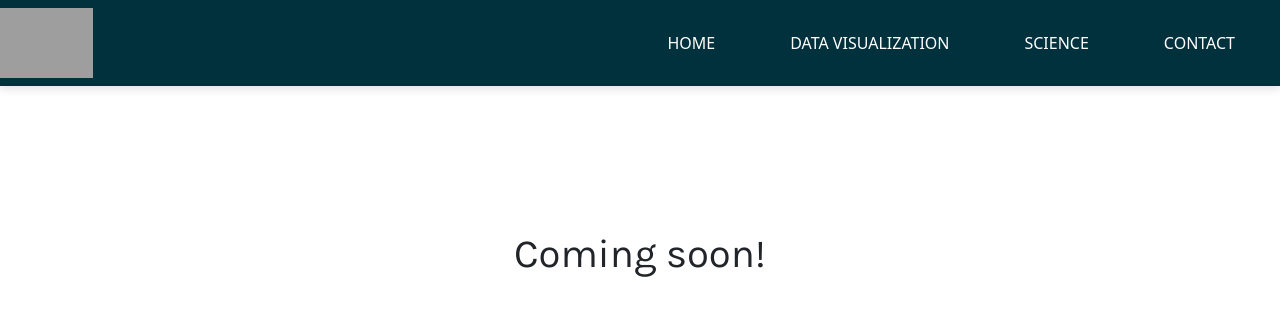
Repository: chukriisty/smartsoils-testbed
Page: /science
An editor plug-in stored every save of this project. The page is shown before and after the next save, followed by the edit.
The browser window is 1280 px wide. The pictures show the whole page.
Pictures or frames that could not be fetched are drawn as grey boxes. Some web fonts or font styles are not loaded; a fallback is used. The project was rebuilt for these pictures with package versions that can differ from the ones it lists, and the page was loaded fresh each time. Also part of the build but not shown: src/pages/HomePage.js, src/components/VisualizationPanel.js, src/pages/DataVisualizationPage.js, src/pages/SciencePage.css, src/pages/PhenocamPage.js, src/pages/ERT.js, src/components/3DSensorLayout.css, src/components/3DSensorLayout.js and 9 more.

Above is the page before, as saved 2024-09-26 18:20:33.

### public/index.html
<!DOCTYPE html>
<html lang="en">
  <head>
    <meta charset="utf-8" />

    <link rel="icon" href="https://smartsoils-testbed.s3.amazonaws.com/assets/thumbnail.png" type="image/png" />
    <meta name="viewport" content="width=device-width, initial-scale=1" />
    <meta name="theme-color" content="#000000" />
    <link rel="manifest" href="%PUBLIC_URL%/manifest.json" />
    <link href="https://fonts.googleapis.com/css2?family=Poppins:wght@400;700&display=swap" rel="stylesheet">
    <!-- In your public/index.html file -->
    <link href="https://fonts.googleapis.com/css2?family=Roboto:wght@400;700&display=swap" rel="stylesheet">
    <link href="https://fonts.googleapis.com/css2?family=Karla:wght@400;700&display=swap" rel="stylesheet">
    <link href="https://fonts.googleapis.com/css2?family=Astra&display=swap" rel="stylesheet">

    <title>SmartSOILS Testbed</title>
  </head>
  <body>
    <noscript>You need to enable JavaScript to run this app.</noscript>
    <div id="root"></div>
  </body>
</html>

### src/pages/SciencePage.js
import React from 'react';
import './SciencePage.css';

const SciencePage = () => {
  return (
    <div className="main-content"> {/* Apply the main-content class here */}
    <br></br>
    <br></br>
    <br></br>
    <br>
    </br>
    <br></br>
    <br></br>
      <h1>Coming soon!</h1>
      <br />

    </div>
  );
};

export default SciencePage;

### src/App.css
.App {
  text-align: center;
}

body {
  font-family: 'Montserrat', sans-serif;
  background-color: #f5f5f5;
  color: #63666A;
  margin: 0;
  padding: 0;
}

.main-content {
  padding-top: 0px; /* Adjust this value based on your navbar height */
}

### src/components/Navbar.css
/* Navbar.css */

/* Updated Navbar with Fixed Position */
/* Navbar.css */

.navbar {
  position: fixed; /* Stick the navbar to the top of the viewport */
  top: 0;
  width: 100%;
  background-color: #00313C;
  padding: 20px 40px;
  z-index: 1000; /* High z-index to ensure it stays on top of other content */
  display: flex;
  justify-content: space-between;
  align-items: center;
  box-shadow: 0 4px 8px rgba(0, 0, 0, 0.1);
}


/* Additional styles for navbar links, logo, etc. */
.navbar-logo img {
  height: 70px; /* Adjust the logo size */
  width: auto; /* Maintain aspect ratio */
}

.navbar-links {
  list-style: none;
  display: flex;
  gap: 35px; /* Space between links */
  margin: 0;
  padding: 0;
  margin-right: 25px;
}

/* .navbar-links li {
  font-weight: bold;
} */

.navbar-links a {
  color: #ffffff; /* Text color */
  text-decoration: none;
  font-weight: 400;
  background-color: transparent; /* Transparent background */
  padding: 10px 20px; /* Padding for spacing */
  transition: color 0.3s ease;
}

.navbar-links a:hover {
  color: #74AA50; /* Green color on hover */
}

.navbar-links a:focus {
  background-color: transparent; /* Remove focus background color */
  outline: none; /* Remove the default outline */
}

/* Adjust the main content's top padding to avoid being hidden under the navbar */
.main-content {
  padding-top: 80px; /* Adjust based on navbar height */
}

### src/pages/HomePage.css
/* Main wrapper for content */
.main-content {
  display: flex;
  flex-direction: column;
  font-family: "Karla", sans-serif;
}

/* Slideshow Section */
.slideshow-section0 {
  position: relative;
  width: 100%;
  height: 80vh;
  overflow: hidden;
  background-attachment: fixed;
  background-position: center;
  background-repeat: no-repeat;
  background-size: cover;
}

.slideshow-logo0 {
  position: absolute;
  top: 90px;
  left: -400px;
  width: 400px;
  padding: 10px;
  background-color: rgba(255, 255, 255, 0.8);
  z-index: 10;
  animation: slideInLogo 1.5s forwards ease-in;
}

@keyframes slideInLogo {
  from {
    left: -400px;
  }
  to {
    left: 0px;
  }
}

.slideshow {
  display: flex;
  width: 100%;
  height: 100%;
  position: relative;
}

.slideshow-arrow {
  position: absolute;
  top: 50%;
  transform: translateY(-50%);
  background-color: rgba(0, 0, 0, 0.5);
  color: white;
  border: none;
  padding: 10px;
  cursor: pointer;
  z-index: 10;
}

.left-arrow {
  left: 10px;
}

.right-arrow {
  right: 10px;
}

/* Fade-in animation for all sections */
@keyframes fadeIn {
  from {
    opacity: 0;
    transform: translateY(30px);
  }
  to {
    opacity: 1;
    transform: translateY(0);
  }
}

/* What is SMART Soils Section */
.smartsoils-overview {
  padding: 50px 0;
  background-color: #f8f7f7;
  text-align: center;
  min-height: 30vh;
}

.what-is-hidden {
  opacity: 0;
  visibility: hidden;
  transition: opacity 1s ease-out, transform 1s ease-out, visibility 0s 1s;
}

.what-is-visible {
  opacity: 1;
  visibility: visible;
  transform: translateY(0);
  transition: opacity 1s ease-out, transform 1s ease-out;
}

.smartsoils-title {
  font-size: 2.8rem;
  font-weight: 700;
  color: #00313c;
  margin-bottom: 30px;
  position: relative;
  display: inline-block;
}

.smartsoils-title::before,
.smartsoils-title::after {
  content: '';
  width: 50px;
  height: 5px;
  background-color: #FF6D00;
  position: absolute;
  top: 50%;
  transform: translateY(-50%);
}

.smartsoils-title::before {
  left: -60px;
}

.smartsoils-title::after {
  right: -60px;
}

.smartsoils-definition {
  max-width: 1200px;
  margin: 0 auto;
  text-align: center;
  padding: 20px;
  font-size: 1.1rem;
  font-weight: 300;
  color: #63666A;
}

.arrow-container {
  text-align: center;
  margin: 20px 0;
}

.down-arrow {
  width: 80px;
  height: auto;
}

.smartsoils-image-container {
  display: flex;
  justify-content: center;
  margin-bottom: 40px;
}

.smartsoils-image {
  width: 300px;
  height: auto;
}

/* Smartsoils Panels with Hover Effect */
.smartsoils-panel-container {
  max-width: 1200px; /* Adjust this value as needed */
  margin: 0 auto; /* Center the container */
  padding: 0 20px; /* Add padding for responsiveness */
}

.smartsoils-panels {
  display: grid;
  grid-template-columns: repeat(2, 1fr);
  grid-template-rows: repeat(2, auto);
  gap: 30px;
  margin: 0 auto;
  max-width: 1000px;
  text-align: left;
}

.smartsoils-panel {
  background-color: white;
  padding: 20px;
  border-radius: 15px;
  text-align: left;
  box-shadow: 0 4px 10px rgba(0, 0, 0, 0.1);
  transition: transform 0.3s ease, box-shadow 0.3s ease;
  opacity: 0;
  animation: fadeInPanel 1s ease-in forwards;
  animation-delay: 0.3s;
}

.smartsoils-panel:hover {
  transform: translateY(-10px);
  box-shadow: 0 10px 30px rgba(0, 0, 0, 0.2);
}

@keyframes fadeInPanel {
  from {
    opacity: 0;
    transform: translateY(20px);
  }
  to {
    opacity: 1;
    transform: translateY(0);
  }
}

.smartsoils-panel h3,
.smartsoils-panel p {
  text-align: left !important; /* Ensure all text is aligned to the left */
}

.smartsoils-panel h3 {
  color: #FF6D00;
  transition: color 0.3s ease;
}

.smartsoils-panel:hover h3 {
  color: #00313c;
}

.smartsoils-panel h3::after {
  content: ' →';
  opacity: 0;
  transition: opacity 0.3s ease-in-out;
}

.smartsoils-panel:hover h3::after {
  opacity: 1;
}

.why-smartsoils {
  padding: 30px 0;
  background-color: #e0f7fa;
  text-align: left;
  min-height: 70vh;
}

.why-title {
  font-size: 2.2rem;
  font-weight: 600;
  color: #2d2d2d;
  margin-bottom: 15px;
  letter-spacing: 0.05rem;
  padding-left: 30px;
  display: inline-block;
  background-color: rgba(50, 50, 50, 0.05);
  padding: 10px 20px;
  border-radius: 8px;
  border-left: 6px solid #FF6D00;
  box-shadow: none;
}

.why-hidden {
  opacity: 0;
  visibility: hidden;
  transform: translateY(30px);
  transition: opacity 1s ease-out, transform 1s ease-out, visibility 0s 1s;
}

.why-visible {
  opacity: 1;
  visibility: visible;
  transform: translateY(0);
  transition: opacity 1s ease-out, transform 1s ease-out;
}

/* Ensure panel links are styled as block elements and remove underline */
.panel-link {
  display: block;
  text-decoration: none; /* Remove underline */
  color: inherit; /* Ensure text color matches parent */
  transition: transform 0.3s ease, box-shadow 0.3s ease;
}

/* Hover effect for the entire panel */
.panel-link:hover .smartsoils-panel {
  transform: translateY(-10px);
  box-shadow: 0 10px 30px rgba(0, 0, 0, 0.2);
}

/* Ensure h3 hover effects remain within the panel hover */
.panel-link:hover h3 {
  color: #00313c; /* Same hover color */
}


/* Vision Section */
.vision {
  width: 100%;
  padding-top: 65px;
  padding-bottom: 65px;
  text-align: center;
  background-color: #ffffff;
  min-height: 25vh;
}

.vision-hidden {
  opacity: 0;
  visibility: hidden;
  transform: translateY(30px);
  transition: opacity 1s ease-out, transform 1s ease-out, visibility 0s 1s;
}

.vision-visible {
  opacity: 1;
  visibility: visible;
  transform: translateY(0);
  transition: opacity 1s ease-out, transform 1s ease-out;
}

.vision-title {
  font-size: 1.5rem;
  color: #FF6D00;
  font-weight: 500;
  letter-spacing: 0.05rem;
  margin-bottom: 10px;
  text-transform: uppercase;
}

.vision-text {
  font-size: 1.3rem;
  font-weight: 300;
  color: #63666A;
  max-width: 900px;
  margin: 0 auto;
  line-height: 1.8;
}

/* Main section styling */
.data-exploration {
  padding: 50px 30px;
  background: linear-gradient(135deg, #ffffff 0%, #f5f5f5 100%);
  text-align: left;
  border-radius: 15px;
  box-shadow: 0 6px 20px rgba(0, 0, 0, 0.1);
  margin-top: 40px;
  animation: fadeInSection 1s ease-in;
}

/* Adjust container width and space */
.data-container {
  display: flex;
  justify-content: space-between;
  align-items: flex-start;
  max-width: 1100px;
  margin: 0 auto;
}

/* Title size reduction */
.data-title {
  font-size: 2.4rem;
  font-weight: bold;
  color: #00313c;
  margin-bottom: 25px;
  text-shadow: 1px 1px 5px rgba(0, 0, 0, 0.1);
}

.data-description {
  font-size: 1.1rem;
  color: #63666A;
  max-width: 850px;
  margin-bottom: 30px;
  line-height: 1.5;
}

/* List styling with checkmarks */
.data-list {
  font-size: 1.2rem;
  color: #00313c;
  text-align: left;
  max-width: 750px;
  margin-bottom: 50px;
  list-style-type: none;
}

.data-list li {
  position: relative;
  padding-left: 30px;
  margin-bottom: 15px;
}

/* Custom orange checkmark before each list item */
.data-list li::before {
  content: '\2713';  /* Unicode for checkmark */
  position: absolute;
  left: 0;
  top: 0;
  font-size: 20px;
  color: #FF6D00;  /* Orange color for the checkmark */
  font-weight: bold;
  transition: transform 0.3s ease;
}

/* Orange-highlighted keywords */
.data-list strong {
  color: #FF6D00;  /* Orange color for the important text */
}

/* Hover effect for list items */
.data-list li:hover {
  transform: translateX(5px);  /* Slight movement on hover */
}

/* Vibrant call to action button */
.explore-link {
  padding: 12px 28px;
  background-color: #FF6D00;
  color: white;
  text-transform: uppercase;
  font-weight: bold;
  margin-top: 25px;
  text-decoration: none;
  border-radius: 8px;
  transition: background-color 0.3s ease, transform 0.3s ease;
}

.explore-link:hover {
  background-color: #e65a00;
  transform: translateY(-3px);
}

/* Reduce image size */
.data-image {
  width: 38%;
  display: flex;
  justify-content: center;
  margin-left: 50px;
}

.data-3d-image {
  width: 90%;
  height: auto;
  border-radius: 15px;
  margin-left: 50px;
  box-shadow: 0 4px 15px rgba(0, 0, 0, 0.1);
}

/* Responsive Design for Mobile */
@media (max-width: 768px) {
  .data-container {
    flex-direction: column;
  }

  .data-text, .data-image {
    width: 100%;
    padding: 0;
    text-align: center;
  }

  .data-3d-image {
    margin-top: 20px;
  }
}

### src/pages/DataVisualization.css
/* DataVisualization.css */

body {
  font-family: 'Karla', sans-serif; /* Update the global font to Karla */
  padding-top: 80px;
}

.data-title {
  font-size: 35px; /* Larger font size for the title */
  color: #000; /* White color for the text to stand out on the overlay */
  text-align: center; /* Center-align the title */
  margin-top: 30px;
  margin-bottom: 10px; /* Add some space below the title */
  font-weight: 700; /* Make the title bold */
  position: relative; /* Position relative to create a context for the overlay */
  display: inline-block; /* Shrink-wrap the content */
  padding: 15px 34px; /* Add padding around the text for better spacing */
}

.intro-text {
  font-size: 16px; /* Reduce the font size */
  color: #63666a; /* Subtle grey color */
  text-align: center; /* Center the text */
  max-width: 800px; /* Limit the width */
  margin: 0 auto 10px auto; /* Center and add space below */
}

### src/pages/PhenocamPage.css
/* PhenocamPage.css */

/* Keyframes for sliding in from the left */
@keyframes slideInFromLeft {
  from {
    opacity: 0;
    transform: translateX(-50px);
  }
  to {
    opacity: 1;
    transform: translateX(0);
  }
}

/* Keyframes for fade-in animation */
@keyframes fadeIn {
  from {
    opacity: 0;
    transform: translateY(20px); /* Slight upward shift */
  }
  to {
    opacity: 1;
    transform: translateY(0); /* End in place */
  }
}

/* Main page styles */
body, .phenocam-page {
  font-family: 'Karla', sans-serif;
}

.phenocam-page {
  display: flex;
  justify-content: space-between;
  padding: 20px;
  position: relative;
}

/* Description box slides in from the left */
.description-box {
  width: 30%; /* Adjust width as needed */
  background-color: #ffffff;
  padding: 20px;
  border-radius: 8px;
  box-shadow: 0 4px 8px rgba(0, 0, 0, 0.1);
  color: #000000; /* Black text for clear readability */
  margin-top: 80px; /* Increased top margin to avoid overlap with the back arrow */
  border: 2px solid #4b6043; /* Add a border to make it pop */
  margin-right: 10px; /* Reduced margin to bring it closer to the timelapse */
  margin-left:100px;
  animation: slideInFromLeft 1s ease-out; /* Slide in effect */
  text-align: left
}

.description-box h2 {
  font-size: 24px;
  margin-bottom: 10px;
}

.custom-line {
  width: 100%;
  height: 2px;
  background-color: #000000; /* Dark grey color for the line */
  border: none;
  margin: 10px 0 20px 0; /* Adjust the margin to position the line */
}

.description-box p {
  font-size: 16px;
  margin-bottom: 20px;
}

.description-box h6 {
  margin-left: 40px;
}

/* Play/Pause button */
.play-pause-button {
  padding: 10px 20px;
  background-color: #8b9a6d;
  color: #fff;
  border: none;
  border-radius: 5px;
  cursor: pointer;
  transition: transform 0.3s ease, background-color 0.3s ease; /* Smooth transition for hover effect */
}

.play-pause-button:hover {
  transform: scale(1.1); /* Slightly increase size on hover */
  background-color: #4b6043; /* Change color on hover */
}

/* Timelapse container with fade-in effect */
.timelapse-container {
  width: 55%; /* Adjust width as needed */
  display: flex;
  flex-direction: column;
  align-items: center;
  justify-content: center;
  position: relative;
  margin-left: 10px; /* Reduced margin to bring it closer to the description box */
  margin-right: 80px;
  animation: fadeIn 1.5s ease-out; /* Fade-in effect */
}

/* Image container */
.image-container {
  width: 100%; /* Adjusted width for a more focused display */
  height: auto; /* Adjust height to better match image dimensions */
  display: flex;
  justify-content: center;
  align-items: center;
  border: 5px solid #8b9a6d; /* A soft, natural green color for the border */
  box-shadow: 0 8px 15px rgba(0, 0, 0, 0.2); /* Softer shadow for a more natural effect */
  border-radius: 10px; /* Rounded corners for a softer, organic feel */
  overflow: hidden; /* Ensure that images don't overflow the container */
  background-color: #f0f8e7; /* Light background color for a fresh, nature-inspired feel */
  position: relative; /* Needed to position the timeline and now viewing text */
}

.image-container img {
  max-width: 100%;
  height: auto; /* Maintain the aspect ratio */
  border-radius: 10px; /* Slightly round the image corners to match the container */
  box-shadow: 0 4px 8px rgba(0, 0, 0, 0.1); /* Add a subtle shadow to the image for depth */
  animation: fadeIn 2s ease-out; /* Fade-in effect for image */
}

/* Now viewing text with animation */
.now-viewing {
  position: absolute;
  bottom: 40px;
  left: 10px;
  background-color: #4b6043; /* Solid color for better visibility */
  color: #ffffff;
  padding: 10px 15px;
  border-radius: 8px;
  font-size: 16px;
  font-weight: bold;
  transition: transform 0.3s ease-in-out, background-color 0.3s ease-in-out; /* Add animation effects */
  animation: fadeIn 2s ease-out; /* Fade-in effect for the now-viewing text */
}

.now-viewing:hover {
  transform: scale(1.1); /* Slightly increase size on hover */
  background-color: #8b9a6d; /* Change background color on hover */
}

/* Logo image styling - maintaining correct size */
.logo-image {
  position: absolute;
  top: 33%; /* Position the logo 1/3 of the way down */
  right: 10px; /* Position the logo near the right edge */
  width: 100px; /* Fixed width for the logo */
  height: auto; /* Maintain aspect ratio */
  background-color: rgba(255, 255, 255, 0.6); /* Semi-transparent white background for the logo */
  padding: 5px; /* Add padding inside the background */
  border-radius: 5px; /* Rounded corners for the logo background */
  z-index: 5; /* Ensure the logo is above the timelapse but below the back arrow */
}

/* Slider styles for the interactive timeline */
.timeline-slider {
  width: 80%;
  margin-top: 20px;
  appearance: none;
  height: 5px;
  background: #8b9a6d;
  outline: none;
  opacity: 0.8;
  transition: opacity 0.2s;
  cursor: pointer;
}

.timeline-slider:hover {
  opacity: 1;
  background: linear-gradient(90deg, #8b9a6d 0%, #4b6043 100%); /* Gradient effect */
}

.timeline-slider::-webkit-slider-thumb {
  appearance: none;
  width: 20px;
  height: 20px;
  background: #4b6043;
  border-radius: 50%;
  cursor: pointer;
  transition: transform 0.2s ease, box-shadow 0.2s ease;
}

.timeline-slider::-moz-range-thumb {
  width: 20px;
  height: 20px;
  background: #4b6043;
  border-radius: 50%;
  cursor: pointer;
  transition: transform 0.2s ease, box-shadow 0.2s ease;
}

.timeline-slider::-webkit-slider-thumb:hover,
.timeline-slider::-moz-range-thumb:hover {
  transform: scale(1.2); /* Scale thumb on hover */
  box-shadow: 0 0 8px rgba(0, 0, 0, 0.2); /* Add shadow on hover */
}

### src/pages/ContactPage.css
.contact-page-container {
  display: flex;
  flex-direction: column;
  align-items: center;
  justify-content: center;
  padding: 40px;
  background-color: #f8f8f8;  /* Light background matching the site */
  color: #1b3a47;  /* Dark greenish text to match */
  font-family: 'Karla', sans-serif;
}

/* Heading Styling */
h1 {
  font-size: 42px;
  color: #00313c;  /* Darker color for main heading */
  margin-bottom: 25px;
  text-align: center;
}

/* Paragraph Styling */
p {
  font-size: 18px;
  color: #3b6f74;  /* Subdued green for regular text */
  text-align: center;
  max-width: 700px;
  line-height: 1.6;
  margin-bottom: 20px;
}

/* Contact Form Section */
.contact-form {
  margin-top: 30px;
  width: 100%;
  max-width: 900px;
}

.airtable-embed {
  width: 80%;
  height: 600px;
  border-radius: 8px;
  border: 1px solid #ccc;
  box-shadow: 0 4px 12px rgba(0, 0, 0, 0.1);  /* Soft shadow */
}

/* Additional contact info below the form */
.additional-contact-info {
  margin-top: 30px;
  font-size: 18px;
  color: #3b6f74;
  text-align: center;
}

/* Email link styling */
.additional-contact-info a {
  color: #f57c00;
  text-decoration: none;
  font-weight: bold;
}

.additional-contact-info a:hover {
  color: #ff8c00;
  text-decoration: underline;
}

/* Social Media Links */
.social-media-container {
  margin-top: 30px;
  text-align: center;
}

.social-media-container a {
  margin: 0 10px;
  color: #00313c;
  font-size: 24px;
  transition: color 0.3s ease;
}

.social-media-container a:hover {
  color: #ff8c00;  /* Orange color on hover */
}

/* Responsive design for smaller screens */
@media (max-width: 768px) {
  .contact-page-container {
    padding: 20px;
  }

  h1 {
    font-size: 32px;
  }

  p {
    font-size: 16px;
  }

  .contact-form {
    max-width: 100%;
  }

  .airtable-embed {
    height: 500px;
  }
}

### src/components/VisualizationPanel.css
/* General styles */
body {
  font-family: 'Karla', sans-serif;
}

/* Condensed Intro section */
.intro-section {
  background-color: #f9f9f9;
  padding: 20px 0; /* Reduce padding */
  margin-bottom: 20px;
  text-align: center;
}

.intro-text {
  font-size: 1rem; /* Reduced font size */
  color: #63666a;
  margin: 5px auto; /* Tighten margins */
  max-width: 600px; /* Limit the width of the intro text */
}

h1.data-title {
  color: #333;
  font-size: 1.8rem; /* Slightly reduce font size */
  margin-bottom: 5px; /* Reduce space between title and text */

}

/* Sensor panel and card styles */
.unique-sensor-panel {
  display: flex;
  flex-wrap: wrap;
  justify-content: center;
  gap: 20px;
  margin-top: 10px; /* Condensed top margin */
}

.unique-sensor-group {
  display: flex;
  flex-wrap: wrap;
  justify-content: center;
  margin-bottom: 20px; /* Space between rows */
}

.unique-sensor-card {
  position: relative;
  width: 270px;
  height: 400px;
  border-radius: 5px;
  overflow: hidden;
  background-color: #ffffff;
  box-shadow: 0 4px 8px rgba(190, 190, 190, 0.2);
  cursor: pointer;
  transition: transform 0.3s ease, box-shadow 0.3s ease;
  margin-left: 30px;
  margin-right: 30px;
}

.unique-sensor-card:hover {
  transform: scale(1.05);
  box-shadow: 0 8px 16px rgba(0, 0, 0, 0.1);
}

.unique-sensor-image-container {
  position: relative;
  width: 100%;
  height: 160px;
  overflow: hidden;
}

.unique-sensor-image {
  width: 100%;
  height: 100%;
  object-fit: cover;
}

.unique-sensor-overlay {
  position: absolute;
  top: 0;
  left: 0;
  width: 100%;
  height: 100%;
  background-color: rgba(0, 0, 0, 0.5);
  opacity: 1;
  transition: opacity 0.3s ease;
}

.unique-sensor-card:hover .unique-sensor-overlay {
  opacity: 0.7;
}

.unique-sensor-title {
  position: absolute;
  top: 50%;
  left: 50%;
  transform: translate(-50%, -50%);
  color: white;
  font-size: 1.2rem;
  font-family: 'Karla', sans-serif;
  font-weight: bold;
  text-align: center;
  text-shadow: 1px 1px 4px rgba(0, 0, 0, 0.7);
}

.unique-sensor-text-overlay {
  padding: 20px;
  display: flex;
  flex-direction: column;
  align-items: center;
  justify-content: space-between;
  text-align: center;
  height: 240px;
}

.unique-sensor-description {
  font-size: 0.95rem;
  color: #63666a;
  margin-bottom: 15px;
}

.unique-sensor-explore-button {
  padding: 8px 16px;
  border: 2px solid #ff6d00;
  color: #ff6d00;
  font-weight: bold;
  text-transform: uppercase;
  background-color: white;
  border-radius: 5px;
  transition: all 0.3s ease;
  text-decoration: none;
}

.unique-sensor-explore-button:hover {
  background-color: #ff6d00;
  color: white;
}

.section-divider {
  width: 100%;
  height: 2px;
  background-color: #e0e0e0;
  margin: 30px 0;
}

/* Fade-in effect */
@keyframes fadeIn {
  from {
    opacity: 0;
    transform: translateY(20px);
  }
  to {
    opacity: 1;
    transform: translateY(0);
  }
}

.fade-in {
  opacity: 0;
  transition: opacity 0.5s ease-out, transform 0.5s ease-out;
}

.fade-in-visible {
  opacity: 1;
  animation: fadeIn 0.6s ease-out;
}

Loaded but not shown: src/index.js (common file); src/index.css (common file); src/App.js (39 lines, source omitted); src/components/Navbar.js (32 lines, source omitted); src/pages/ERT.css (427 lines, source omitted)

After the next save:
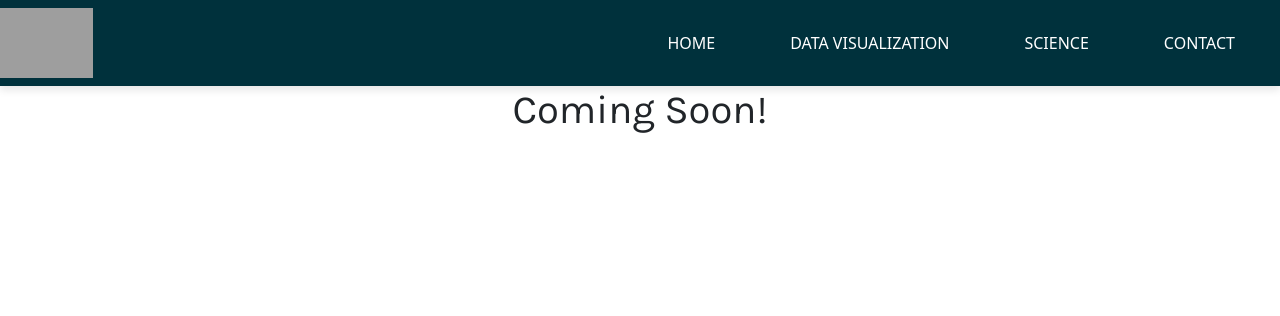
Saved 14 s later.
--- a/src/pages/SciencePage.js
+++ b/src/pages/SciencePage.js
@@ -1,19 +1,12 @@
 import React from 'react';
-import './SciencePage.css';
+import './SciencePage.css'; // Link to the CSS file
 
 const SciencePage = () => {
   return (
-    <div className="main-content"> {/* Apply the main-content class here */}
-    <br></br>
-    <br></br>
-    <br></br>
-    <br>
-    </br>
-    <br></br>
-    <br></br>
-      <h1>Coming soon!</h1>
-      <br />
-
+    <div className="main-content">
+      <div className="coming-soon-container">
+        <h1 className="coming-soon-text">Coming Soon!</h1>
+      </div>
     </div>
   );
 };
